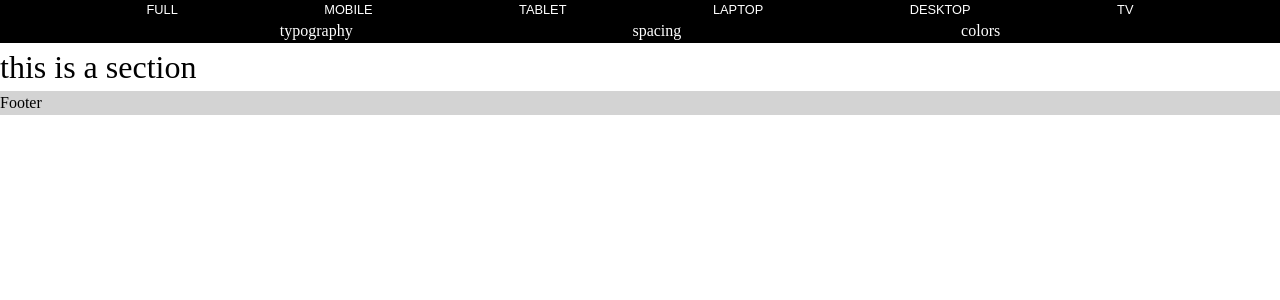
Repository: Terrycoco/coco-playground
Page: /
The author's editor kept a copy of each file at every save. The page is drawn from the files as they stood at one save, then again after the next save.
The browser window is 1280 px wide. The pictures show the whole page.
The project was rebuilt for these pictures with package versions that can differ from the ones it lists, and the page was loaded fresh each time. The framework's server and built-in components were replaced by stand-ins that run in the browser. Also part of the build but not shown: next.config.js.

Above is the page before, as saved 2023-03-20 10:23:02.

### src/app/layout.js
//THIS FILE DEFINES BASIC HTML FOR WHOLE SITE
//YOU CAN OVERWRITE ANY METADATA IN INDIVIDUAL ROUTES ALSO
"use client";
import { Providers } from "./store/provider";
import "./globals.css";
import Header from "@/components/layout/Header.js";
import DeviceHeader from "@/components/layout/DeviceHeader";
import Footer from "@/components/layout/Footer";
import ScreenEmulator from "@/components/layout/ScreenEmulator";

//can't use metadata on files that use client
// export const metadata = {
//   title: "Theme Playground",
//   description: "Theme Playground By Coco",
// };

export default function RootLayout({ children }) {
  return (
    <html lang="en">
      <head>
        <title>Coco Theme Playground</title>
      </head>

      <body>
        <Providers>
          <>
            <DeviceHeader />

            <Header />
            <ScreenEmulator>
              {children}
              <Footer />
            </ScreenEmulator>
          </>
        </Providers>
      </body>
    </html>
  );
}

### src/app/page.js
"use client";
import { useSelector, useDispatch } from "react-redux";
import { selectTheme } from "./store/slices/themeSlice";

export default function Page() {
  const theme = useSelector(selectTheme);
  console.log("page recd theme:", theme);
  return (
    <main>
      <section>this is a section</section>
    </main>
  );
}

// <section id="theme" style={getContainerStyle("section")}>
// <h1 style={getHStyle("h1")}>
//   This the result of your Theme{"   "}
//   <span style={styles.smgray}>(h1)</span>
// </h1>
// <h2 style={getHStyle("h2")}>
//   Your Default Styles Are Shown{"   "}
//   <span style={styles.smgray}>(h2)</span>
// </h2>
// <h3 style={getHStyle("h3")}>
//   You selected {`${levCount - 1}`} levels of headings.
//   <span style={styles.smgray}>(h3)</span>
// </h3>

// <h4 style={getHStyle("h4")}>
//   I am a heading level 4 {"   "}
//   <span style={styles.smgray}>(h4)</span>
// </h4>

// <h5 style={getHStyle("h5")}>
//   I am a heading level 5{"   "}
//   <span style={styles.smgray}>(h5)</span>
// </h5>

// <h6 style={getHStyle("h6")}>
//   I am a heading level 6{"   "}
//   <span style={styles.smgray}>(h6)</span>
// </h6>

// <p data-el="p" style={getTextStyle("p")}>
//   Your theme settings will show up here. These are the default styles
//   for each element, which will be consistent across your project. You
//   can, of course, alter them for individual elements as you see fit.{" "}
//   <span style={styles.smgray}>(p)</span>
// </p>
// <p data-el="p" style={getTextStyle("p")}>
//   This is the paragraph element. To set the font scale among the
//   different headings and at different screen resolutions, go to{" "}
//   <b>SCALE</b>. The rest of the paragraph settings can be found by
//   clicking <b>TEXT</b> <span style={styles.smgray}>(p)</span>
// </p>

// <p data-el="p" style={getTextStyle("p")}>
//   Don't like the spacing? Click <b>CONTAINERS</b> to set default padding
//   and margins for container elements like sections, the header and
//   footer, between paragraphs, etc.{" "}
//   <span style={styles.smgray}>(p)</span>
// </p>
// </section>
// <section id="colors" style={getContainerStyle("section")}>
// <h1 style={getHStyle("h1")}>
//   This the result of your Theme{"   "}
//   <span style={styles.smgray}>(h1)</span>
// </h1>
// <h2 style={getHStyle("h2")}>
//   Your Default Styles Are Shown{"   "}
//   <span style={styles.smgray}>(h2)</span>
// </h2>
// <h3 style={getHStyle("h3")}>
//   You selected {`${levCount - 1}`} levels of headings.
//   <span style={styles.smgray}>(h3)</span>
// </h3>

// <h4 style={getHStyle("h4")}>
//   I am a heading level 4 {"   "}
//   <span style={styles.smgray}>(h4)</span>
// </h4>

// <h5 style={getHStyle("h5")}>
//   I am a heading level 5{"   "}
//   <span style={styles.smgray}>(h5)</span>
// </h5>

// <h6 style={getHStyle("h6")}>
//   I am a heading level 6{"   "}
//   <span style={styles.smgray}>(h6)</span>
// </h6>

// <p data-el="p" style={getTextStyle("p")}>
//   Your typography styles will show up here. These are the default styles
//   for each element, which will be consistent across your project. You
//   can, of course, alter them for individual elements as you see fit.{" "}
//   <span style={styles.smgray}>(p)</span>
// </p>
// <p data-el="p" style={getTextStyle("p")}>
//   This is the paragraph element. To set the font scale among the
//   different headings and at different screen resolutions, go to{" "}
//   <b>SCALE</b>. The rest of the paragraph settings can be found by
//   clicking <b>TYPOGRAPHY</b> <span style={styles.smgray}>(p)</span>
// </p>

// <p data-el="p" style={getTextStyle("p")}>
//   Don't like the spacing? Click <b>SPACING</b> to set default padding
//   and margins for elements like sections, the header and footer, between
//   paragraphs, etc. <span style={styles.smgray}>(p)</span>
// </p>
// </section>

### src/app/store/provider.js
"use client";

import { Provider } from "react-redux";
import store from "./store";

export function Providers({ children }) {
  return <Provider store={store}>{children}</Provider>;
}

### src/app/globals.css
@import "./reset.css";

:root {
  font-size: 1rem;
}
body {
  margin: 0;
  min-height: 100vh;
}

header {
  background-color: black;
  color: white;
}

footer {
  background-color: lightgray;
  color: black;
}

section {
  font-size: 2rem;
}

### src/components/layout/Header.js
"use client";
import React from "react";
import { useSelector } from "react-redux";
import { selectTheme } from "@/slices/themeSlice";
import { selectVariables } from "@/slices/variablesSlice";

function Header() {
  const theme = useSelector(selectTheme);
  const variables = useSelector(selectVariables);

  const styles = {
    menu: {
      display: "flex",
      justifyContent: "space-evenly",
    },
    li: {
      fontSize: "1rem",
      textTransform: "uppercase",
    },
  };

  const getHeaderStyles = () => {
    let styles = { ...theme.containers.header };
    styles.backgroundColor = variables[styles.backgroundColor];
    return styles;
  };

  return (
    <header>
      <menu style={styles.menu}>
        <li>typography</li>
        <li>spacing</li>
        <li>colors</li>
      </menu>
    </header>
  );
}

export default Header;

### src/components/layout/DeviceHeader.js
"use client";
import { useState, useEffect } from "react";
import { useSelector, useDispatch } from "react-redux";
import {
  selectCurrentDevice,
  updateCurrentDevice,
  updateIsFullScreen,
  selectIsFullScreen,
} from "@/slices/uiSlice";
import { selectDevices } from "@/slices/themeSlice";
import css from "./layout.module.css";

const DeviceHeader = () => {
  const currentDevice = useSelector(selectCurrentDevice);
  const fullScreen = useSelector(selectIsFullScreen);
  const dispatch = useDispatch();
  const devices = useSelector(selectDevices);
  const [userSize, setUserSize] = useState();
  const [userDevice, setUserDevice] = useState();

  useEffect(() => {
    setUserSize(window.innerWidth); //TODO MAKE RESPONSIVE
    let ud = getUserDevice(window.innerWidth, devices);
    console.log("userDevice:", ud);
    setUserDevice(ud);
    dispatch(updateCurrentDevice(ud));
  }, []);

  const styles = {
    header: {
      fontFamily: "Arial",
    },
    menu: {
      display: "flex",
      flexDirection: "row",
      justifyContent: "space-evenly",
    },
    li: {
      textTransform: "uppercase",
      fontSize: ".8rem",
    },
  };

  const handleSelect = (e) => {
    const dev = e.target.id;
    if (dev === "full") {
      dispatch(updateIsFullScreen(true));
      dispatch(updateCurrentDevice(userDevice));
    } else {
      dispatch(updateCurrentDevice(dev));
      dispatch(updateIsFullScreen(false));
    }
  };

  return (
    <header style={styles.header}>
      <menu style={styles.menu}>
        <li
          id="full"
          style={styles.li}
          onClick={handleSelect}
          className={css.li}
        >
          Full
        </li>
        <li
          id="mobile"
          style={styles.li}
          className={css.li}
          onClick={handleSelect}
        >
          mobile
        </li>
        <li
          id="tablet"
          style={styles.li}
          className={css.li}
          onClick={handleSelect}
        >
          tablet
        </li>
        <li
          id="laptop"
          style={styles.li}
          className={css.li}
          onClick={handleSelect}
        >
          laptop
        </li>
        <li
          id="desktop"
          style={styles.li}
          className={css.li}
          onClick={handleSelect}
        >
          desktop
        </li>
        <li id="tv" style={styles.li} className={css.li} onClick={handleSelect}>
          tv
        </li>
      </menu>
    </header>
  );
};

export default DeviceHeader;

function getUserDevice(size, devices) {
  for (const d in devices) {
    if (devices[d].min <= size && size <= devices[d].max) {
      return d;
    }
  }
}

### src/components/layout/Footer.js
"use client";
import React from "react";

const Footer = () => {
  return <footer>Footer</footer>;
};

export default Footer;

### src/components/layout/ScreenEmulator.js
import { useState, useEffect } from "react";
import { useSelector } from "react-redux";
import { selectCurrentDevice, selectIsFullScreen } from "@/slices/uiSlice";
import { selectDevices, selectDeviceElements } from "@/slices/themeSlice";

const ScreenEmulator = ({ children, ...props }) => {
  const [width, setWidth] = useState("400px");
  const isFullScreen = useSelector(selectIsFullScreen);
  const device = useSelector(selectCurrentDevice);
  const devices = useSelector(selectDevices);
  const [baseFontSize, setBaseFontSize] = useState();
  const deviceFontSizes = useSelector(selectDeviceElements);

  //get some valid heights
  useEffect(() => {
    if (device && device.length > 0 && devices !== undefined) {
      if (isFullScreen) {
        setWidth(window.innerWidth);
      } else {
        console.log("device is:", device, "devices:", devices);
        let w = devices[device].min + 100 + "px";
        setWidth(w);
      }
      setBaseFontSize(deviceFontSizes[device].body.fontSize + "px");
    }
  }, [device, isFullScreen]);

  const getEmulation = () => {
    return {
      border: "1px solid darkgray",
      width: `${width}`,
      fontSize: `${baseFontSize}`,
      marginTop: "1rem",
      marginLeft: "1rem",
      height: window.innerHeight - 75 + "px",
      overflowY: "scroll",
      borderRadius: "10px",
      boxShadow: "rgba(213, 217, 217, 0.5) 0 2px 5px 0",
    };
  };

  if (isFullScreen == true) {
    return <>{children}</>;
  } else {
    return (
      <div style={getEmulation()}>
        {children}
        Screen size: {width} Device: {device}
      </div>
    );
  }
};

export default ScreenEmulator;

### src/app/store/slices/themeSlice.js
"use client";

import { createSlice, createSelector } from "@reduxjs/toolkit";
import { HYDRATE } from "next-redux-wrapper";
import { currentTheme } from "@/themes";

const initialState = {
  headingCount: currentTheme.headingCount,
  fonts: currentTheme.fonts,
  colors: currentTheme.colors,
  colorVariants: currentTheme.colorVariants,
  devices: currentTheme.devices,
  deviceElements: currentTheme.deviceElements,
  text: currentTheme.text,
  containers: currentTheme.containers,
};

export const themeSlice = createSlice({
  name: "theme",
  initialState,
  reducers: {
    updateText(state, action) {
      state.text[action.payload.element][action.payload.propName] =
        action.payload.value;
    },

    extraReducers: {
      [HYDRATE]: (state, action) => {
        return {
          ...state,
          ...action.payload.theme,
        };
      },
    },
  },
});

export const { updateText } = themeSlice.actions;
export const selectTheme = (state) => state.theme;
export const selectText = (state) => state.theme.text;
export const selectDevices = (state) => state.theme.devices;
export const selectDeviceElements = (state) => state.theme.deviceElements;
export default themeSlice.reducer;

### src/app/store/store.js
"use client"; //anything that will access redux must use client
import { configureStore } from "@reduxjs/toolkit";
import { themeSlice } from "./slices/themeSlice";
import { variablesSlice } from "./slices/variablesSlice";
import { uiSlice } from "./slices/uiSlice";

// config the store
const store = configureStore({
  reducer: {
    [themeSlice.name]: themeSlice.reducer,
    [variablesSlice.name]: variablesSlice.reducer,
    [uiSlice.name]: uiSlice.reducer,
  },
});

// export default the store
console.log("store:", store.getState());
export default store;

### src/app/reset.css
/* Box sizing rules */
*,
*::before,
*::after {
  box-sizing: border-box;
}

/* Remove default margin */
main,
html,
body,
h1,
h2,
h3,
h4,
h5,
h6,
p,
figure,
blockquote,
dl,
dd {
  margin: 0;
  padding: 0;
}

/* Remove list styles on ul, ol elements with a list role, which suggests default styling will be removed */
ul,
menu,
ol {
  list-style: none;
}

/* remove discs from list items */
li {
  list-style-type: none;
}

/* Set core root defaults */
html:focus-within {
  scroll-behavior: smooth;
}

/* Set core body defaults */
body {
  min-height: 100vh;
  text-rendering: optimizeSpeed;
  line-height: 1.5;
}

/* A elements that don't have a class get default styles */
a:not([class]) {
  text-decoration-skip-ink: auto;
}

/* Make images easier to work with */
img,
picture {
  max-width: 100%;
  display: block;
}

menu {
  margin-block-start: 0em;
  margin-block-end: 0em;
  margin-inline-start: 0px;
  margin-inline-end: 0px;
  padding-inline-start: 0px;
}

/* Inherit fonts for inputs and buttons */
input,
button,
textarea,
select {
  font: inherit;
}

/* remove any default font props */
body,
h1,
h2,
h3,
h4,
h5,
h6,
p {
  letter-spacing: normal;
  word-spacing: normal;
  line-height: 1.5;
  font-optical-sizing: auto;
}

/* Remove all animations, transitions and smooth scroll for people that prefer not to see them */
@media (prefers-reduced-motion: reduce) {
  html:focus-within {
    scroll-behavior: auto;
  }

  *,
  *::before,
  *::after {
    animation-duration: 0.01ms !important;
    animation-iteration-count: 1 !important;
    transition-duration: 0.01ms !important;
    scroll-behavior: auto !important;
  }
}

### src/app/store/slices/variablesSlice.js
import { createSlice } from "@reduxjs/toolkit";
import { HYDRATE } from "next-redux-wrapper";
import { currentTheme } from "@/themes";
import { updateColor, updateFont } from "@/app/store/sharedActions";

function toCSS(key) {
  var result = key.replace(/([A-Z])/g, " $1");
  return result.split(" ").join("-").toLowerCase();
}

const getFontVariable = (fontName) => {
  let str = fontName.replaceAll(" ", "-").toLowerCase();
  return `var(--font-${str})`;
};

const loadInitVariables = () => {
  let variables = {};
  let section, prefix;

  //fonts
  section = "fonts";
  prefix = "var(--font-";
  for (const key in currentTheme[section]) {
    variables[`${prefix}${key})`] = getFontVariable(currentTheme[section][key]);
  }

  //colors
  section = "colors";
  prefix = "var(--clr-";
  for (const key in currentTheme[section]) {
    variables[`${prefix}${key})`] = toCSS(currentTheme[section][key]);
  }

  //color variants
  section = "colorVariants";
  prefix = "var(--clr-";
  for (const key in currentTheme[section]) {
    variables[`${prefix}${key})`] = toCSS(currentTheme[section][key]);
  }

  return variables;
};

const initialState = loadInitVariables();

export const variablesSlice = createSlice({
  name: "variables",
  initialState,
  reducers: {
    updateVariable(state, action) {
      state[action.payload.key] = action.payload.value;
    },
  },
  extraReducers: (builder) => {
    builder
      .addCase(updateColor, (state, action) => {
        action.payload.map((obj) => {
          state[obj.themeVar] = obj.value;
        });
      })
      .addCase(updateFont, (state, action) => {
        console.log("got here:", action.payload);
        //theme variable (ie body) has been updated to another font
        state[action.payload.themeVar] = action.payload.fontVar;
      });
  },
});

export const { updateVariable } = variablesSlice.actions;
export const selectVariables = (state) => state.variables;
export default variablesSlice.reducer;

### src/app/store/slices/uiSlice.js
"use client";

//slice for ui state

import { createSlice, createSelector } from "@reduxjs/toolkit";
import { HYDRATE } from "next-redux-wrapper";

const initialState = {
  currentForm: "",
  currentDevice: "",
  isFullScreen: true,
  isDrawerOpen: false,
  currentTab: 1,
};

export const uiSlice = createSlice({
  name: "ui",
  initialState,
  reducers: {
    updateCurrentForm(state, action) {
      state.currentForm = action.payload;
    },
    updateCurrentTab(state, action) {
      state.currentTab = action.payload;
    },
    updateCurrentDevice(state, action) {
      console.log("updateDevice: ", action);
      state.currentDevice = action.payload;
    },
    updateIsDrawerOpen(state, action) {
      state.isDrawerOpen = action.payload;
    },
    updateIsFullScreen(state, action) {
      state.isFullScreen = action.payload;
    },

    extraReducers: {
      [HYDRATE]: (state, action) => {
        return {
          ...state,
          ...action.payload.ui,
        };
      },
    },
  },
});

export const {
  updateCurrentForm,
  updateCurrentDevice,
  updateCurrentTab,
  updateIsDrawerOpen,
  updateIsFullScreen,
} = uiSlice.actions;
export const selectCurrentDevice = (state) => state.ui.currentDevice;
export const selectCurrentTab = (state) => state.ui.currentTab;
export const selectCurrentForm = (state) => state.ui.currentForm;
export const selectIsDrawerOpen = (state) => state.ui.isDrawerOpen;
export const selectIsFullScreen = (state) => state.ui.isFullScreen;
export default uiSlice.reducer;

### src/components/layout/layout.module.css
.li:hover {
  font-weight: 700;
}

### src/themes/index.js
import init from "./init";

module.exports = { currentTheme: init };

### src/app/store/sharedActions.js
import { createAction } from "@reduxjs/toolkit";
const varKeys = [75, 50, 25, 10, 5];

const updateColor = createAction("UPDATE_COLOR", function prepare(obj) {
  //any time theme color is updated, so are variants so pass those in with the payload
  console.log("shared updateColor", obj);
  let key = obj.key;
  let payloadVal = [];
  let newhex = obj.value;
  if (key !== "error" && key !== "whitish") {
    varKeys.map((pct) => {
      let variantKey = `${key}${pct}`;
      let val = getPctOfHex(newhex, pct);
      payloadVal.push({
        key: variantKey,
        value: val,
        section: "variants",
        themeVar: `var(--clr-${variantKey})`,
      });
    });
  }
  //push original one
  payloadVal.push({
    key: key,
    value: newhex,
    section: "themed",
    themeVar: `var(--clr-${key})`,
  });
  //console.log("newpayload:", payloadVal);
  return { payload: payloadVal };
});

const updateFont = createAction("UPDATE_FONT", function prepare(obj) {
  console.log("fontobj:", obj);
  /*shape of font payload
      propName: "body",
      name: "Gelasio",
      themeVar: "var(--font-body)",
      fontVar: "var(--font-gelasio)" */

  return { payload: obj };
});

module.exports = { updateColor, updateFont };

// util functions to calculate variant values --------------
function hexToHSL(H) {
  // Convert hex to RGB first
  let r = 0,
    g = 0,
    b = 0;
  if (H.length == 4) {
    r = "0x" + H[1] + H[1];
    g = "0x" + H[2] + H[2];
    b = "0x" + H[3] + H[3];
  } else if (H.length == 7) {
    r = "0x" + H[1] + H[2];
    g = "0x" + H[3] + H[4];
    b = "0x" + H[5] + H[6];
  }
  // Then to HSL
  r /= 255;
  g /= 255;
  b /= 255;
  let cmin = Math.min(r, g, b),
    cmax = Math.max(r, g, b),
    delta = cmax - cmin,
    h = 0,
    s = 0,
    l = 0;

  if (delta == 0) h = 0;
  else if (cmax == r) h = ((g - b) / delta) % 6;
  else if (cmax == g) h = (b - r) / delta + 2;
  else h = (r - g) / delta + 4;

  h = Math.round(h * 60);

  if (h < 0) h += 360;

  l = (cmax + cmin) / 2;
  s = delta == 0 ? 0 : delta / (1 - Math.abs(2 * l - 1));
  s = +(s * 100).toFixed(1);
  l = +(l * 100).toFixed(1);

  return { h: h, s: s, l: l };
}
function getPctOfHex(hex, pct) {
  //incoming pct is pct opacity of orig color
  let inverted = 100 - pct;
  //convert incoming to hsl
  let hsl = hexToHSL(hex);

  //current lightness is 0%;
  let currentLightPct = hsl.l;
  let remainingLightPct = 100 - currentLightPct;
  let onepct = remainingLightPct / 100;
  let desiredPct = onepct * inverted + currentLightPct;
  let result = HSLToHex(hsl.h, hsl.s, desiredPct);
  return result;
}
function HSLToHex(h, s, l) {
  s /= 100;
  l /= 100;

  let c = (1 - Math.abs(2 * l - 1)) * s,
    x = c * (1 - Math.abs(((h / 60) % 2) - 1)),
    m = l - c / 2,
    r = 0,
    g = 0,
    b = 0;

  if (0 <= h && h < 60) {
    r = c;
    g = x;
    b = 0;
  } else if (60 <= h && h < 120) {
    r = x;
    g = c;
    b = 0;
  } else if (120 <= h && h < 180) {
    r = 0;
    g = c;
    b = x;
  } else if (180 <= h && h < 240) {
    r = 0;
    g = x;
    b = c;
  } else if (240 <= h && h < 300) {
    r = x;
    g = 0;
    b = c;
  } else if (300 <= h && h < 360) {
    r = c;
    g = 0;
    b = x;
  }
  // Having obtained RGB, convert channels to hex
  r = Math.round((r + m) * 255).toString(16);
  g = Math.round((g + m) * 255).toString(16);
  b = Math.round((b + m) * 255).toString(16);

  // Prepend 0s, if necessary
  if (r.length == 1) r = "0" + r;
  if (g.length == 1) g = "0" + g;
  if (b.length == 1) b = "0" + b;

  return "#" + r + g + b;
}

### src/themes/init.js
//to use, import this file and set this as currentTheme in /src/themes/index
const headingCount = 1;

const fonts = {
  body: "Times",
  display: "Times",
  special: "Times",
  mono: "Times",
  forms: "Arial",
};

const devices = {
  mobile: {
    min: 320,
    max: 479,
  },

  tablet: {
    min: 480,
    max: 767,
  },

  laptop: {
    min: 768,
    max: 1023,
  },

  desktop: {
    min: 1024,
    max: 1999,
  },

  tv: {
    min: 1200,
    max: 9999,
  },
};

const deviceElements = {
  mobile: {
    body: {
      fontSize: "18",
      lineHeight: "1.5",
    },
    h1: {
      fontSize: "40",
      lineHeight: "1.16",
    },
  },
  tablet: {
    body: {
      fontSize: "19",
      lineHeight: "1.5",
    },
    h1: {
      fontSize: "40",
      lineHeight: "1.16",
    },
  },
  laptop: {
    body: {
      fontSize: "20",
      lineHeight: "1.329",
    },
    h1: {
      fontSize: "52",
      lineHeight: "1.16",
    },
  },
  desktop: {
    body: {
      fontSize: "24",
      lineHeight: "1.345",
    },
    h1: {
      fontSize: "57",
      lineHeight: "1.16",
    },
  },

  tv: {
    body: {
      fontSize: "28",
      lineHeight: "1.391",
    },
    h1: {
      fontSize: "67",
      lineHeight: "1.031",
    },
  },
};

const colors = {
  primary: "#fc3a79",
  secondary: "#fe572e",
  blackish: "#261f22",
  whitish: "#f5f5f4",
  error: "#dc2626",
};

const colorVariants = {
  primary75: "#fd6b99",
  primary50: "#fe9dbb",
  primary25: "#fecedd",
  primary10: "#ffebf1",
  primary5: "#fff5f8",
  secondary75: "#fe8162",
  secondary50: "#feab96",
  secondary25: "#ffd5cb",
  secondary10: "#ffeeea",
  secondary5: "#fff7f5",
  blackish75: "#635158",
  blackish50: "#9c868f",
  blackish25: "#cdc2c7",
  blackish10: "#ebe7e9",
  blackish5: "#f5f3f4",
};

const containers = {
  header: {
    backgroundColor: "var(--clr-primary)",
    height: "2rem",
    paddingRight: "0rem",
    paddingLeft: "0rem",
  },
  main: {
    paddingTop: "2rem",
    paddingRight: "0rem",
    paddingBottom: "0rem",
    paddingLeft: "0rem",
  },
  section: {
    paddingTop: "0rem",
    paddingRight: "0rem",
    paddingBottom: "0rem",
    paddingLeft: "0rem",
  },
  article: {
    paddingTop: "0rem",
    paddingRight: "0rem",
    paddingBottom: "0rem",
    paddingLeft: "0rem",
  },
  aside: {
    paddingTop: "0rem",
    paddingRight: "0rem",
    paddingBottom: "0rem",
    paddingLeft: "0rem",
  },
  footer: {
    backgroundColor: "var(--clr-primary50)",
    color: "var(--clr-blackish)",
    height: "0rem",
    paddingTop: "0rem",
    paddingRight: "0rem",
    paddingBottom: "0rem",
    paddingLeft: "0rem",
  },
};

const text = {
  p: {
    color: "var(--clr-blackish)",
    fontFamily: "var(--font-body)",
    fontWeight: "400",
    fontSize: "var(--fs-body)",
    lineHeight: "var(--lh-body)",
    letterSpacing: "0px",
    wordSpacing: "0px",
    maxWidth: "60ch",
    marginBottom: "1rem",
  },

  h1: {
    color: "var(--clr-blackish)",
    fontFamily: "var(--font-display)",
    fontWeight: "400",
    fontSize: "var(--fs-h1)",
    lineHeight: "var(--lh-h1)",
    letterSpacing: "-1.5px",
    wordSpacing: "-5px",
    maxWidth: "60ch",
    marginBottom: "1rem",
  },

  h2: {
    color: "var(--clr-blackish)",
    fontFamily: "var(--font-display)",
    fontWeight: "400",
    fontSize: "var(--fs-h2)",
    lineHeight: "var(--lh-h2)",
    letterSpacing: "-1.5px",
    wordSpacing: "-5px",
    maxWidth: "60ch",
    marginBottom: "1rem",
  },

  h3: {
    color: "var(--clr-blackish)",

    fontFamily: "var(--font-display)",

    fontWeight: "400",

    fontSize: "1rem",

    lineHeight: "150%",

    letterSpacing: "-1.5px",

    wordSpacing: "-5px",
    maxWidth: "60ch",
    marginBottom: "1rem",
  },

  h4: {
    color: "var(--clr-blackish)",

    fontFamily: "var(--font-display)",

    fontWeight: "400",

    fontSize: "1rem",

    lineHeight: "150%",

    letterSpacing: "-1.5px",

    wordSpacing: "-5px",
    maxWidth: "60ch",
    marginBottom: "1rem",
  },

  h5: {
    color: "var(--clr-blackish)",

    fontFamily: "var(--font-display)",

    fontWeight: "400",

    fontSize: "1rem",

    lineHeight: "150%",

    letterSpacing: "-1.5px",

    wordSpacing: "-5px",
    maxWidth: "60ch",
    marginBottom: "1rem",
  },

  h6: {
    color: "var(--clr-blackish)",

    fontFamily: "var(--font-display)",

    fontWeight: "400",

    fontSize: "1rem",

    lineHeight: "150%",

    letterSpacing: "-1.5px",

    wordSpacing: "-5px",
    marginBottom: "1rem",
  },

  small: {
    color: "var(--clr-blackish)",
    fontFamily: "var(--font-forms)",
    fontWeight: "400",
    fontSize: "var(--fs-sm)",
    lineHeight: "1",
    letterSpacing: "-1.5px",
    wordSpacing: "-5px",
    maxWidth: "60ch",
    marginBottom: "0rem",
  },
};

const theme = {
  headingCount,
  colors,
  colorVariants,
  fonts,
  deviceElements,
  devices,
  containers,
  text,
};

module.exports = {
  headingCount,
  colors,
  colorVariants,
  fonts,
  deviceElements,
  devices,
  containers,
  text,
  theme,
};

After the next save:
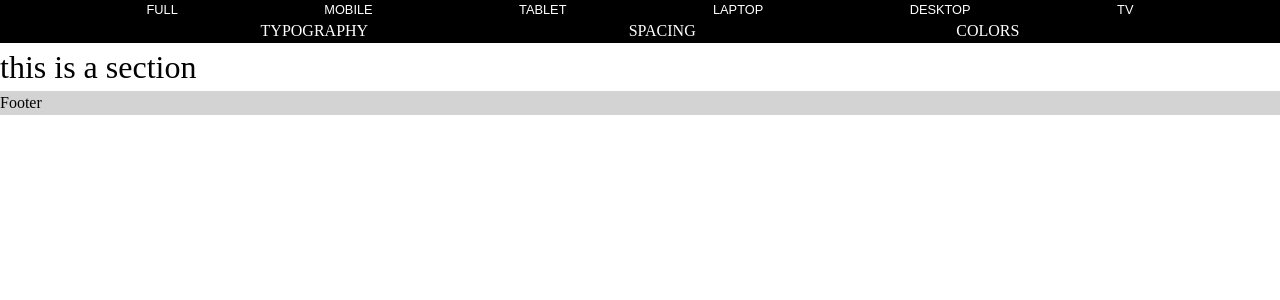
Saved 46 s later.
--- a/src/components/layout/Header.js
+++ b/src/components/layout/Header.js
@@ -28,9 +28,9 @@ function Header() {
   return (
     <header>
       <menu style={styles.menu}>
-        <li>typography</li>
-        <li>spacing</li>
-        <li>colors</li>
+        <li style={styles.li}>typography</li>
+        <li style={styles.li}>spacing</li>
+        <li style={styles.li}>colors</li>
       </menu>
     </header>
   );
